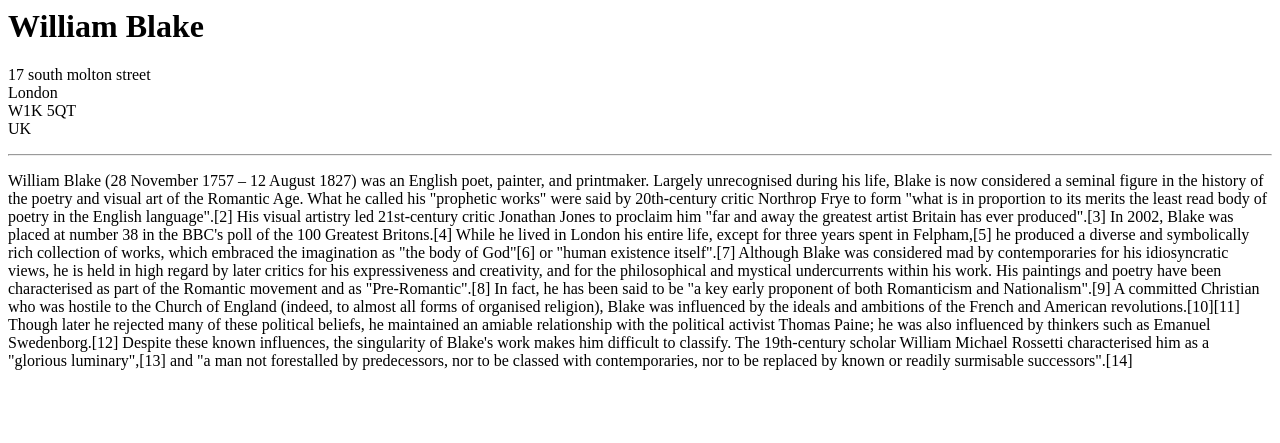
Repository: derealthink/webdev_course
Page: HTML/2.3 Void Elements/index.html
The author's editor kept a copy of each file at every save. The page is drawn from the files as they stood at one save, then again after the next save.
The browser window is 1280 px wide. The pictures show the whole page.

Above is the page before, as saved 2025-10-05 20:21:31.

### HTML/2.3 Void Elements/index.html
<h1>William Blake </h1>

<p>17 south molton street<br/>
London<br/>
W1K 5QT<br/>
UK</p>
<hr/>

<p>William Blake (28 November 1757 – 12 August 1827) was an English poet, painter, and printmaker. Largely unrecognised
during his life, Blake is now considered a seminal figure in the history of the poetry and visual art of the Romantic
Age. What he called his "prophetic works" were said by 20th-century critic Northrop Frye to form "what is in proportion
to its merits the least read body of poetry in the English language".[2] His visual artistry led 21st-century critic
Jonathan Jones to proclaim him "far and away the greatest artist Britain has ever produced".[3] In 2002, Blake was
placed at number 38 in the BBC's poll of the 100 Greatest Britons.[4] While he lived in London his entire life, except
for three years spent in Felpham,[5] he produced a diverse and symbolically rich collection of works, which embraced the
imagination as "the body of God"[6] or "human existence itself".[7]

Although Blake was considered mad by contemporaries for his idiosyncratic views, he is held in high regard by later
critics for his expressiveness and creativity, and for the philosophical and mystical undercurrents within his work. His
paintings and poetry have been characterised as part of the Romantic movement and as "Pre-Romantic".[8] In fact, he has
been said to be "a key early proponent of both Romanticism and Nationalism".[9] A committed Christian who was hostile to
the Church of England (indeed, to almost all forms of organised religion), Blake was influenced by the ideals and
ambitions of the French and American revolutions.[10][11] Though later he rejected many of these political beliefs, he
maintained an amiable relationship with the political activist Thomas Paine; he was also influenced by thinkers such as
Emanuel Swedenborg.[12] Despite these known influences, the singularity of Blake's work makes him difficult to classify.
The 19th-century scholar William Michael Rossetti characterised him as a "glorious luminary",[13] and "a man not
forestalled by predecessors, nor to be classed with contemporaries, nor to be replaced by known or readily surmisable
successors".[14]</p>

After the next save:
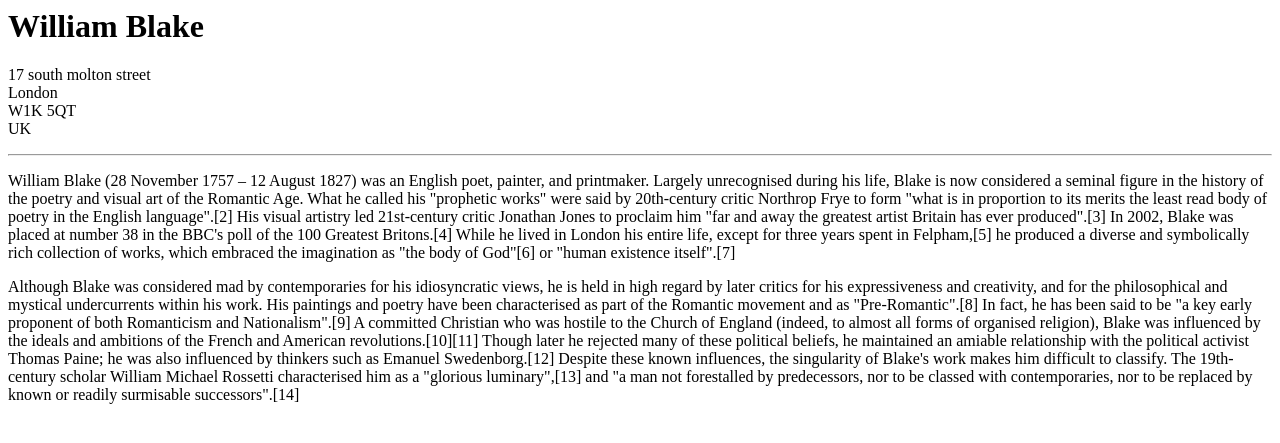
Saved 57 s later.
--- a/HTML/2.3 Void Elements/index.html
+++ b/HTML/2.3 Void Elements/index.html
@@ -13,9 +13,9 @@
 Jonathan Jones to proclaim him "far and away the greatest artist Britain has ever produced".[3] In 2002, Blake was
 placed at number 38 in the BBC's poll of the 100 Greatest Britons.[4] While he lived in London his entire life, except
 for three years spent in Felpham,[5] he produced a diverse and symbolically rich collection of works, which embraced the
-imagination as "the body of God"[6] or "human existence itself".[7]
+imagination as "the body of God"[6] or "human existence itself".[7]</p>
 
-Although Blake was considered mad by contemporaries for his idiosyncratic views, he is held in high regard by later
+<p>Although Blake was considered mad by contemporaries for his idiosyncratic views, he is held in high regard by later
 critics for his expressiveness and creativity, and for the philosophical and mystical undercurrents within his work. His
 paintings and poetry have been characterised as part of the Romantic movement and as "Pre-Romantic".[8] In fact, he has
 been said to be "a key early proponent of both Romanticism and Nationalism".[9] A committed Christian who was hostile to
